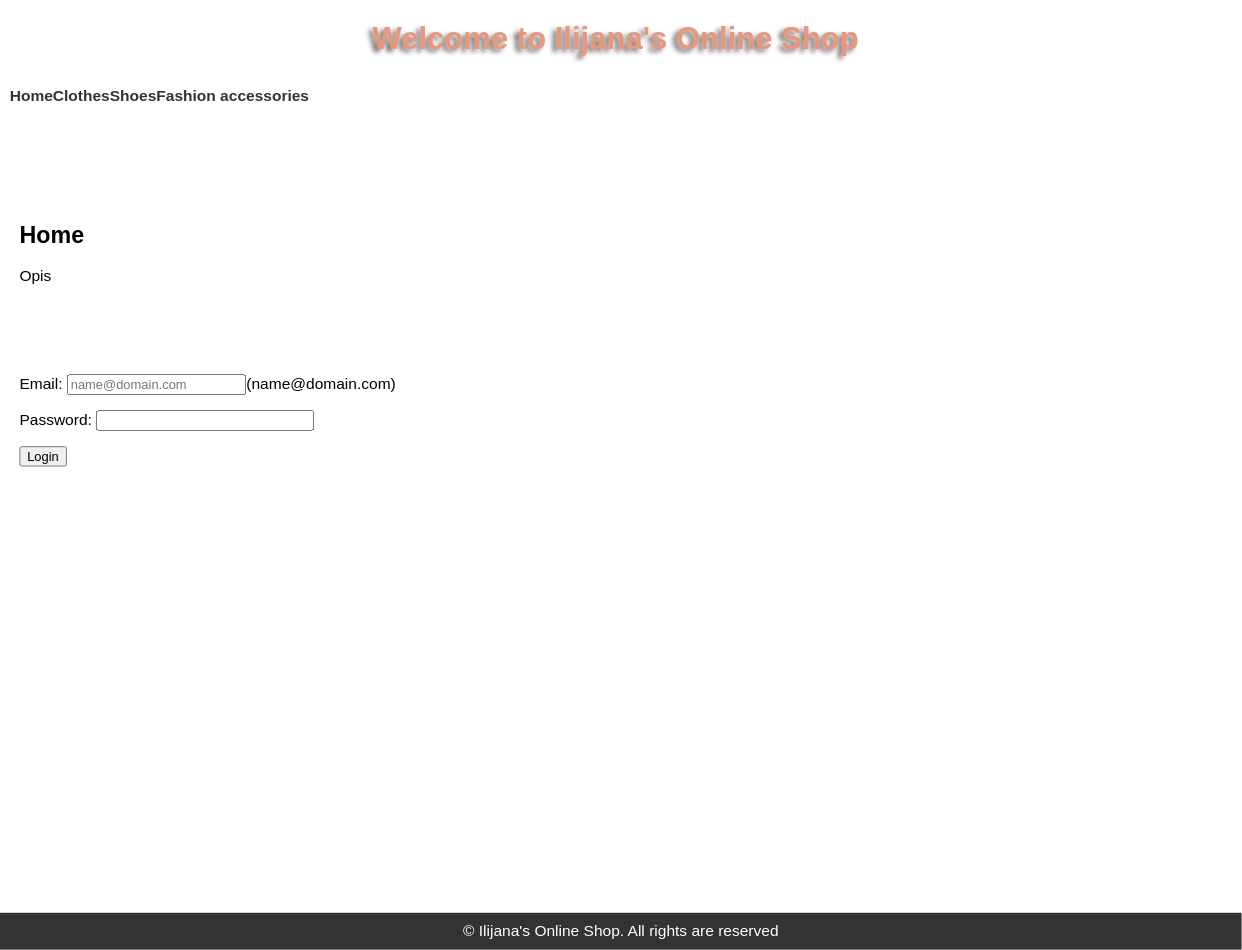
Repository: ilijana123/Proekt1
Page: html.html
These files come from the project's save history. The page is drawn as it stood at one moment and after the next save; the edit follows.
The browser window is 1280 px wide. The pictures show the whole page, at 97% of full size.

Above is the page before, as saved 2023-11-12 23:28:20.

After the next save:
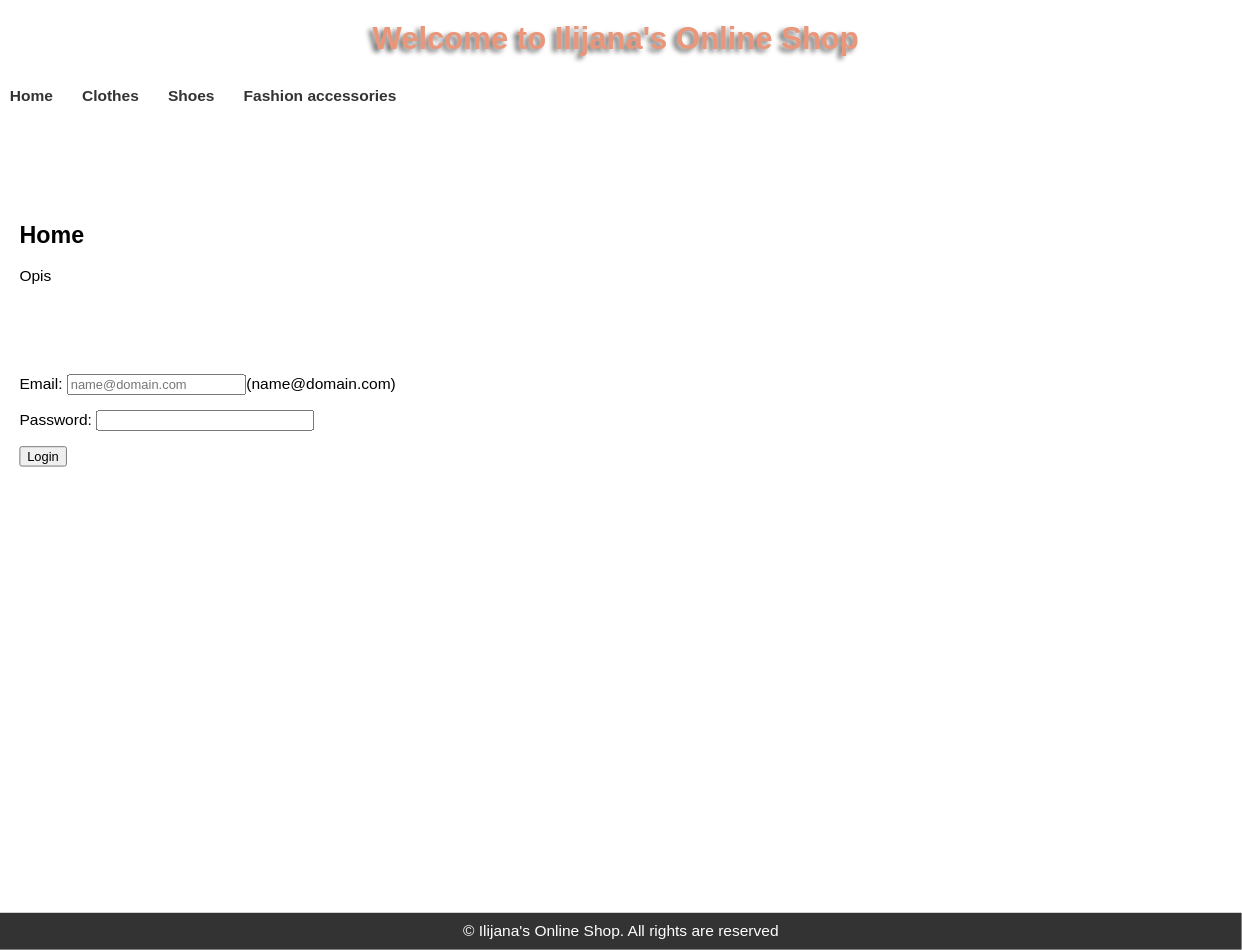
Saved 34 s later.
--- a/1.css
+++ b/1.css
@@ -27,7 +27,8 @@ h1  {
 
     nav ul li {
         display: block; /* Set the display property to block */
-        margin-bottom: 50px; /* Add some spacing between items */
+        margin-bottom: 50px;
+        margin-right: 30px;
     }
     section {
         padding: 20px;
